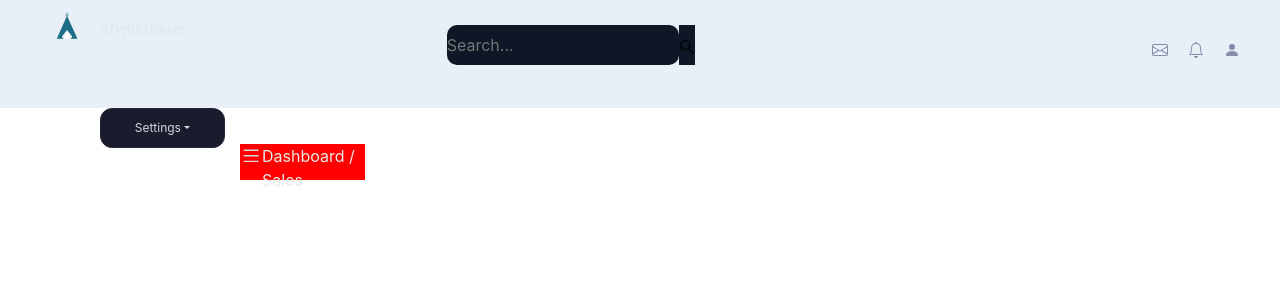
Repository: kifack/API-Symfony-AtypikHouse
Page: / (app in admin-frontend/)
The author's editor kept a copy of each file at every save. The page is drawn from the files as they stood at one save, then again after the next save.
The browser window is 1280 px wide. The pictures show the whole page.
Some web libraries are served in a nearby version. The project was rebuilt for these pictures with package versions that can differ from the ones it lists, and the page was loaded fresh each time. Also part of the build but not shown: admin-frontend/src/css/Responsive.css, admin-frontend/src/css/admin/navbar.css, admin-frontend/src/components/template_parts/Header.js, admin-frontend/src/components/template_parts/Footer.js, admin-frontend/src/components/template_parts/Sidebar.js, admin-frontend/src/components/partials/LocationEntry.js, admin-frontend/src/components/template_parts/Spinner.js, admin-frontend/src/actions/location.js and 26 more.

Above is the page before, as saved 2020-10-01 18:48:34.

After the next save:
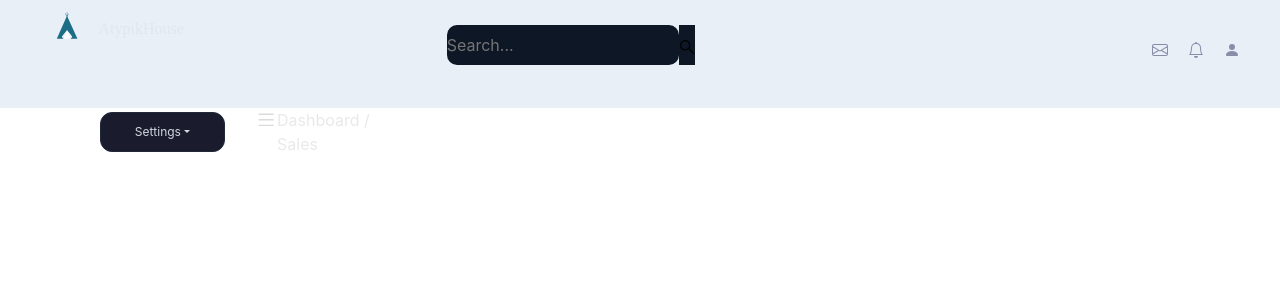
Saved 2 min 20 s later.
--- a/admin-frontend/src/css/App.css
+++ b/admin-frontend/src/css/App.css
@@ -164,22 +164,6 @@ header .sous-header .row{
 
 }
 
-header .sous-header .col:first-child{
-  width: 30%;
-  height: 15vh;
-
-}
-
-header .sous-header .col:nth-child(2){
-  width: 30%;
-  height: 5vh;
-  padding: 0;
-  background-color: red;
-}
-
-
-
-
 
 input{
   background-color: #0e1726;
